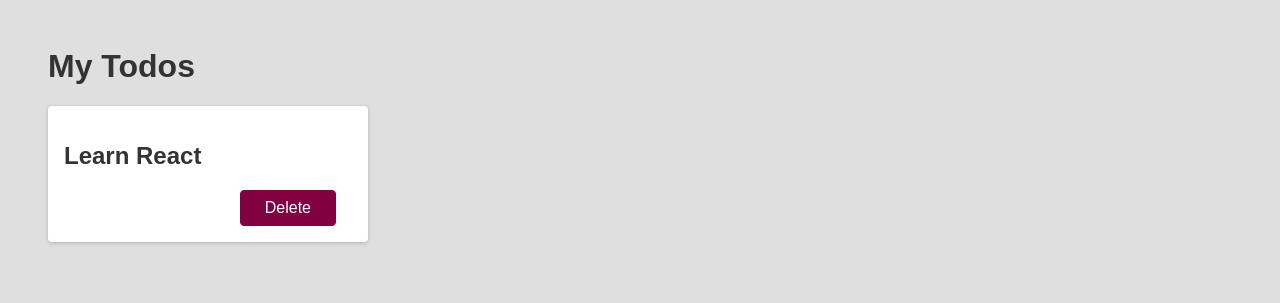
Repository: peterclermy232/React-simple-project
Page: /
The author's editor kept a copy of each file at every save. The page is drawn from the files as they stood at one save, then again after a run of saves.
The browser window is 1280 px wide. The pictures show the whole page.
The project was rebuilt for these pictures with package versions that can differ from the ones it lists, and the page was loaded fresh each time.

Above is the page before, as saved 2022-01-17 21:38:41.

### src/index.js
import React from 'react';
import ReactDOM from 'react-dom';
import './index.css';
import App from './App';


ReactDOM.render(<App />,document.getElementById('root')
);

### src/index.css
*{
  box-sizing: border-box;
}

body{
  font-family: sans-serif;
  margin: 3rem;
  background-color: #dfdfdf;
}

h1,h2{
  color: #333333;
}
.btn{
  font: inherit;
  padding: 0.5rem 1.5rem;
  cursor: pointer;
  border-radius: 4px;
  background-color: #800040;
  color: white;
  border: 1px solid #800040;
  margin: 0 1rem;
}

.btn:hover{
  background-color: #9c1458;
  border-color: #9c1458;
}
.btn--alt{
  background-color: transparent;
  color: #800040;
}
.btn--:hover{
  background-color: #f8dae9;
}
.card{
  background-color: white;
  border-radius: 4px;
  box-shadow: 0 1px 4px rgba(0,0,0,0.2);
  padding: 1rem;
  width: 20rem;
}
.actions{
  text-align: right;
}
.modal{
  box-shadow: 0 1px 4px rgba(0,0,0,0.2);
  border-radius: 6px;
  background-color: white;
  padding: 1rem;
  text-align: center;
  width: 30rem;
  z-index: 10;
  position: fixed;
  top: 20vh;
  left: calc(50% - 15rem);
}
.backdrop{
  position: fixed;
  z-index: 1;
  background-color: rgba(0,0,0,0.75);
  width: 100%;
}

### src/App.js

import './index.css';
import Todo from './components/Todo';

function App() {
  return (
    <div>
      <h1>My Todos</h1>
      <Todo text="Learn React" />
    </div>
  );
}

export default App;

### src/components/Todo.js
import React from 'react'


function Todo(props) {
    function deleteHandler(){

    }

    return (
        <div className='card'>
    <h2>{props.text}</h2>
    <div className="actions">
      <button className="btn" onClick={deleteHandler}>Delete</button>
    </div>
    </div>
    );
}

export default Todo

### src/components/Modal.js
import React from 'react'

function Modal() {
    return (
        <div className='modal'>
            <p>Are you sure?</p>
            <button className='btn btn--alt'>Cancel</button>
            <button className='btn'>Confirm</button>
        </div>
    );
}

export default Modal

### src/components/Backdrop.js
import React from 'react'

function Backdrop() {
    return (
        <div className='backdrop' />
    )
}

export default Backdrop

Loaded but not shown: public/index.html (common file)

After the next 12 saves:
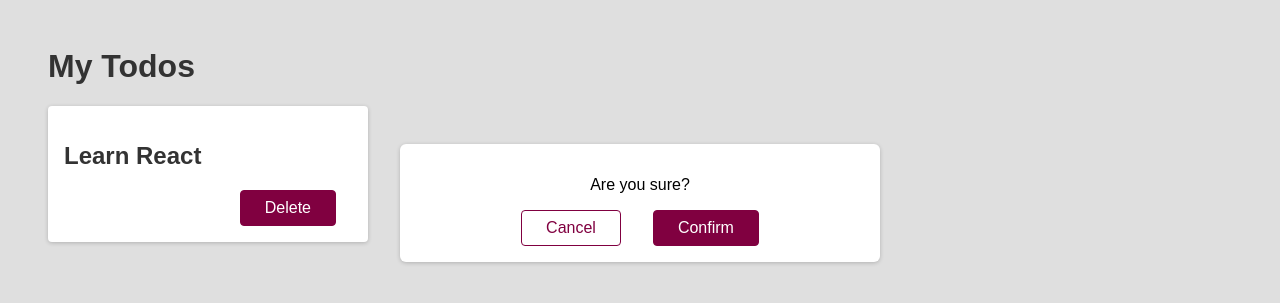
The 12 saves are shown as one change because 1 did not build or start and some came seconds apart.
The last was saved 54 s later.
--- a/src/App.js
+++ b/src/App.js
@@ -1,12 +1,16 @@
 
 import './index.css';
 import Todo from './components/Todo';
+import Modal from './components/Modal';
+import Backdrop from './components/Backdrop';
 
 function App() {
   return (
     <div>
       <h1>My Todos</h1>
       <Todo text="Learn React" />
+      <Modal />
+      <Backdrop />
     </div>
   );
 }
